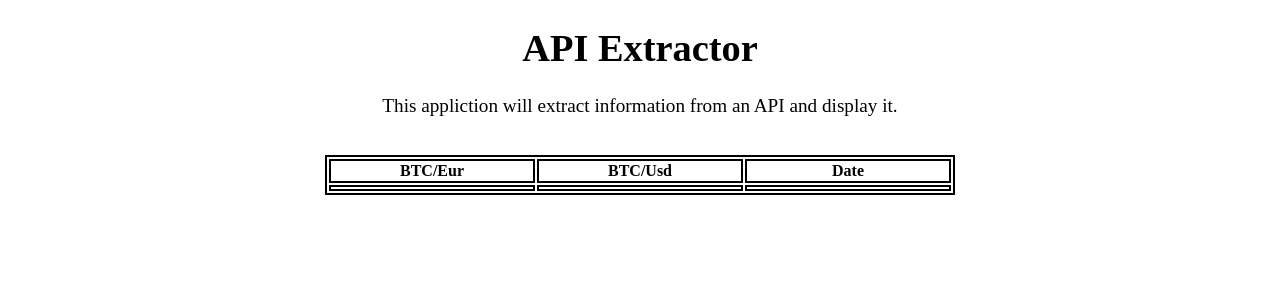
Repository: vxyux/api-extraction
Page: index.html
The author's editor kept a copy of each file at every save. The page is drawn from the files as they stood at one save, then again after the next save.
The browser window is 1280 px wide. The pictures show the whole page.
The page's requests for data from a server got no answer.

Above is the page before, as saved 2023-09-05 10:42:31.

### index.html
<!DOCTYPE html>
<html lang="en">
<head>
  <meta charset="UTF-8">
  <meta name="viewport" content="width=device-width, initial-scale=1.0">
  <title>Document</title>
  <link rel="stylesheet" href="stylesheet.css">
  <script src="app.js"></script>
</head>
<body>
  <div class="center">
    <h1>API Extractor</h1>
    <p>This appliction will extract information from an API and display it.</p>
  </div>

  <img src="" id="loading" alt="">

  <table>
  <tr>
    <th>BTC/Eur</th>
    <th>BTC/Usd</th>
    <th>Date</th>
  </tr>
  <tr>
      <td><div class="center" id="rate-eur"></div></td>
      <td><div class="center" id="rate-usd"></div></td>
      <td><div class="center" id="date"></div></td>
    </div>
  </tr>
</table>
</body>
</html>

### stylesheet.css
.center {
  text-align: center;
  font-size: 120%;
}

table, th, td
{
  border: 1px solid black;
  border-width: 2px;
  margin-left: auto;
  margin-right: auto;
  min-width: 200px;
}

@media screen and (min-width: 600px) {
  table {
    max-width: 10px;
  }
}

### app.js
const api_url = 'https://api.coindesk.com/v1/bpi/currentprice.json';

// return a promise - execute the rest while loading this function
async function getapi(url) {
  const response = await fetch(url);

  var data = await response.json();

  console.log(data.bpi.EUR.rate);

  if (response) {
    hideloader();
  }
  show(data);
}

getapi(api_url);

function hideloader() {
  document.getElementById('loading').style.display = 'none';
}

function show(data) {
  var rate_eur = data.bpi.EUR.rate;
  var rate_usd = data.bpi.USD.rate;
  var date = data.time.updated;

  document.getElementById('rate-eur').innerHTML =
    '<p>' + rate_eur + '</p>';

  document.getElementById('rate-usd').innerHTML =
    '<p>' + rate_usd + '</p>';

  document.getElementById('date').innerHTML =
    '<p>' + date + '</p>';
}

After the next save:
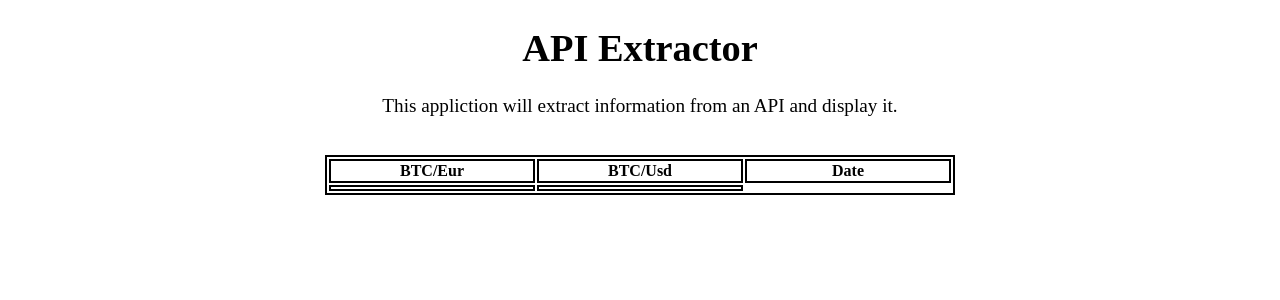
Saved 11 s later.
--- a/index.html
+++ b/index.html
@@ -24,7 +24,6 @@
   <tr>
       <td><div class="center" id="rate-eur"></div></td>
       <td><div class="center" id="rate-usd"></div></td>
-      <td><div class="center" id="date"></div></td>
     </div>
   </tr>
 </table>
